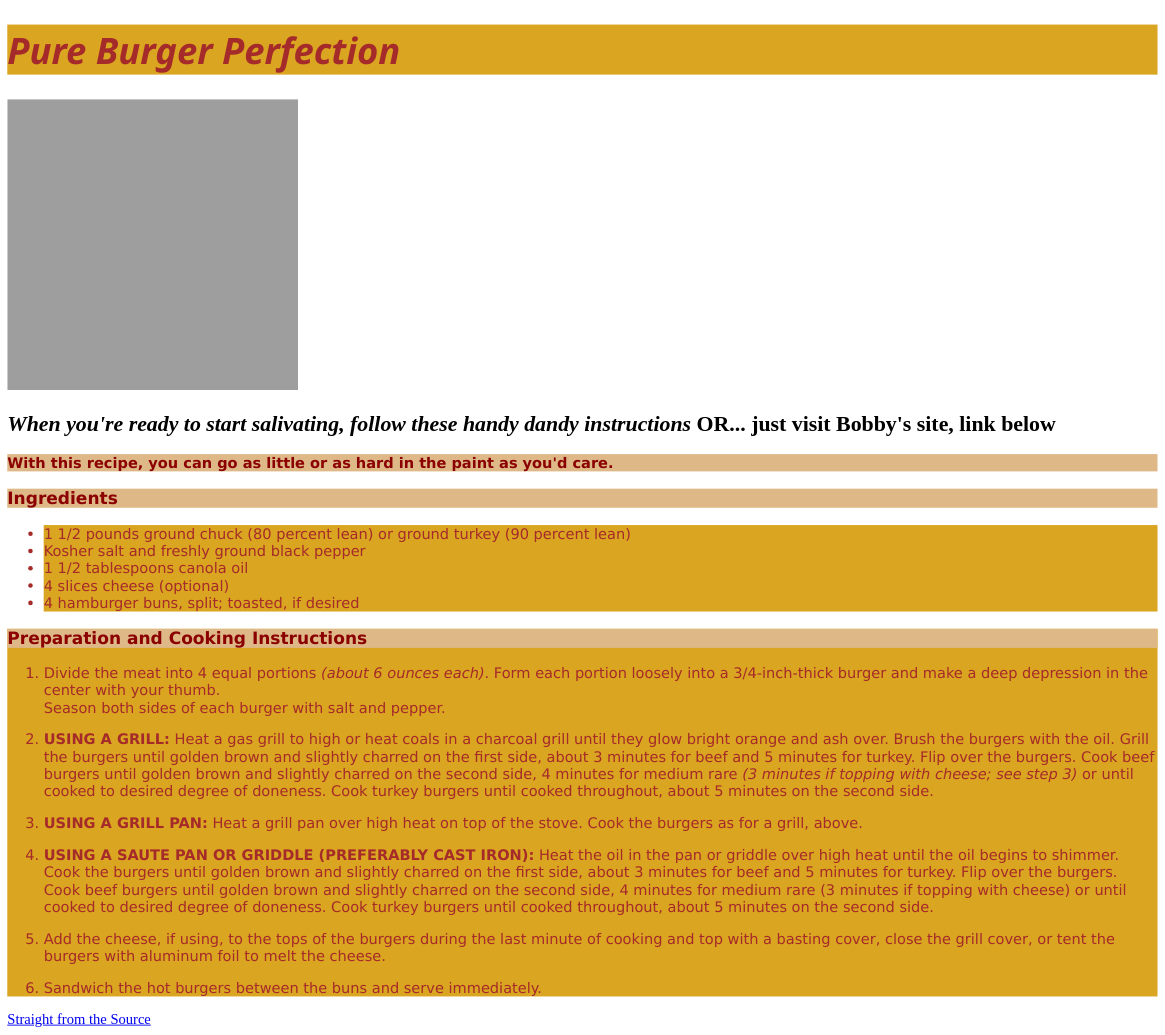
Repository: Spencertainty/practice-time
Page: member-spencer-odin-recipes/recipes/hamburgers.html
An editor plug-in stored every save of this project. The page is shown before and after the next save, followed by the edit.
The browser window is 1280 px wide. The pictures show the whole page, at 91% of full size.
Pictures or frames that could not be fetched are drawn as grey boxes.

Above is the page before, as saved 2024-01-10 15:52:35.

After the next save:
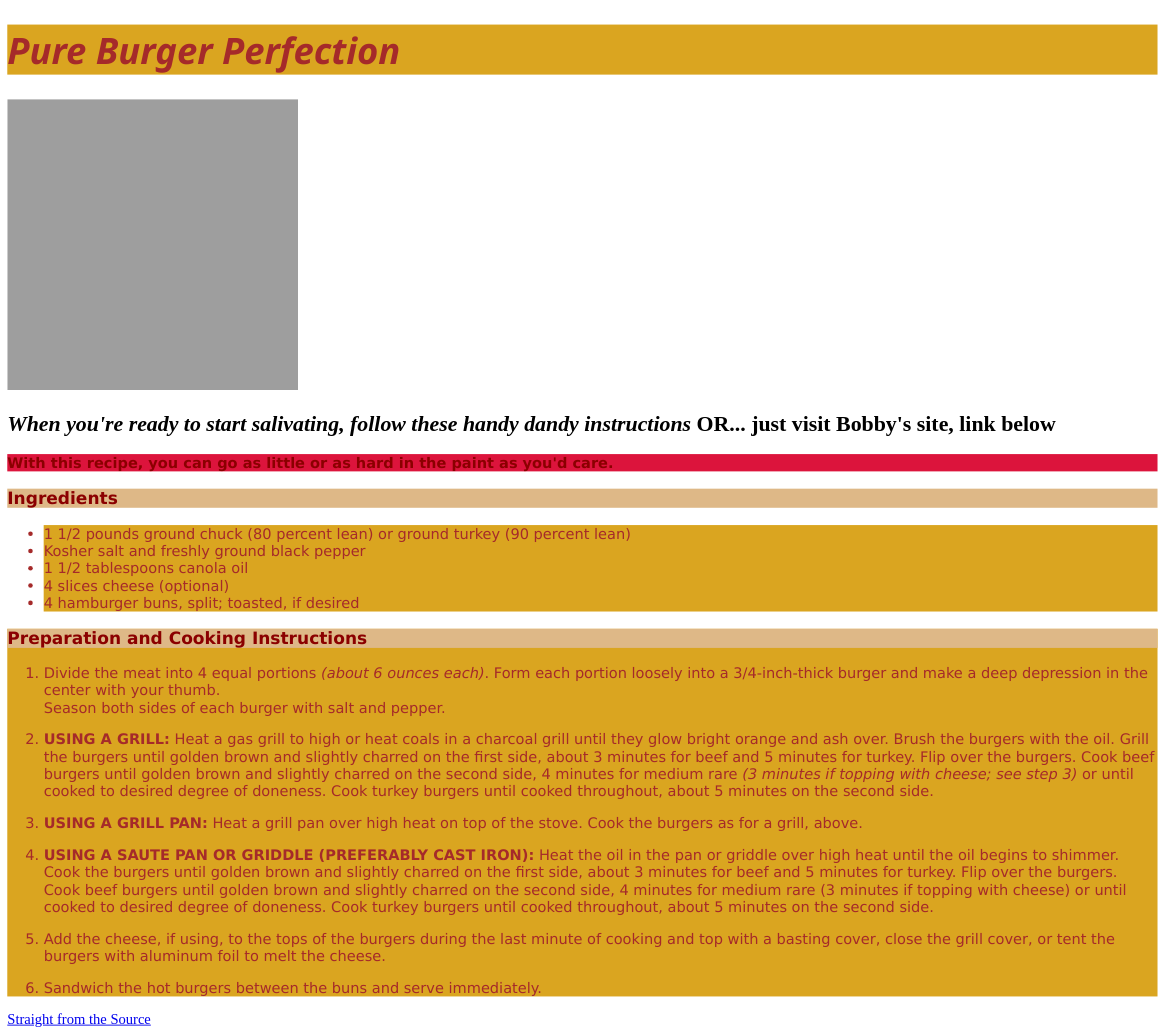
Saved 28 s later.
--- a/member-spencer-odin-recipes/recipes/burger.css
+++ b/member-spencer-odin-recipes/recipes/burger.css
@@ -27,6 +27,6 @@ h3 {
 
 p {font-family: 'Lucida Sans', 'Lucida Sans Regular', 'Lucida Grande', 'Lucida Sans Unicode', Geneva, Verdana, sans-serif;
     color: darkred;
-    background-color: burlywood;
+    background-color: crimson;
     font-weight: bolder;
 }
